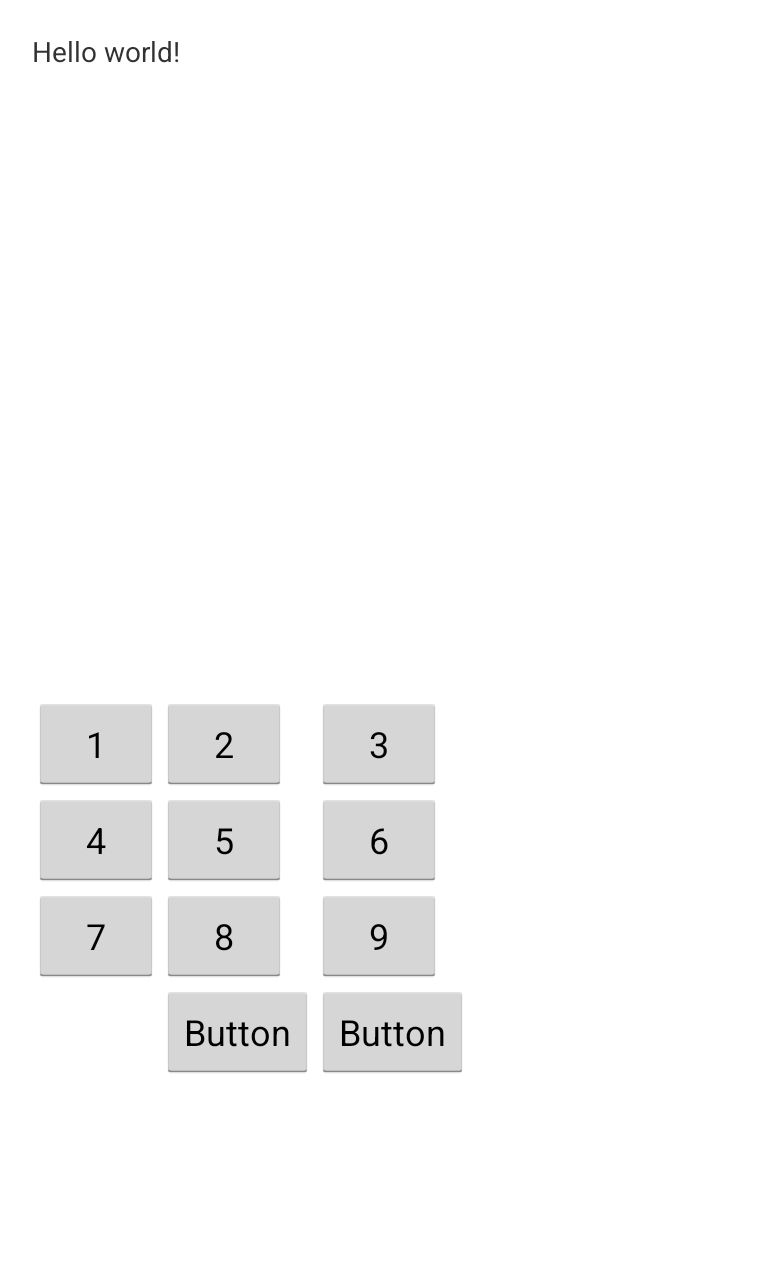
Repository: freelancer-dorian/exerciseAndroid
Layout: 05-20-UIBasic/Layout/res/layout/fragment_main.xml
These files come from the project's save history. The layout is drawn as it stood at one moment and after the next save; the edit follows.
It is drawn on a 768 x 1280 px phone screen (xhdpi) without system bars, with theme AppTheme; the app's code is not run.

Above is the layout before, as saved 2014-05-22 07:32:33.

### 05-20-UIBasic/Layout/res/layout/fragment_main.xml
<RelativeLayout xmlns:android="http://schemas.android.com/apk/res/android"
    xmlns:tools="http://schemas.android.com/tools"
    android:layout_width="match_parent"
    android:layout_height="match_parent"
    android:paddingBottom="@dimen/activity_vertical_margin"
    android:paddingLeft="@dimen/activity_horizontal_margin"
    android:paddingRight="@dimen/activity_horizontal_margin"
    android:paddingTop="@dimen/activity_vertical_margin"
    tools:context="com.dorian.layout.MainActivity$PlaceholderFragment" >

    <TextView
        android:id="@+id/textView1"
        android:layout_width="wrap_content"
        android:layout_height="wrap_content"
        android:text="@string/hello_world" />

    <GridLayout
        android:id="@+id/gridLayout1"
        android:layout_width="wrap_content"
        android:layout_height="wrap_content"
        android:layout_alignLeft="@+id/textView1"
        android:layout_alignParentBottom="true"
        android:layout_marginBottom="84dp"
        android:columnCount="3"
        android:rowCount="4" >

        <Button
            android:id="@+id/Button01"
            android:text="@string/number1_buttons" />

        <Button
            android:id="@+id/Button02"
            android:text="@string/number2_buttons" />

        <Button
            android:id="@+id/Button04"
            android:layout_column="0"
            android:layout_gravity="left|top"
            android:layout_row="1"
            android:text="@string/number4_buttons" />

        <Button
            android:id="@+id/Button03"
            android:layout_column="2"
            android:layout_gravity="left|top"
            android:layout_row="0"
            android:text="@string/number3_buttons" />

        <Button
            android:id="@+id/Button07"
            android:layout_column="0"
            android:layout_gravity="left|top"
            android:layout_row="2"
            android:text="@string/number7_buttons" />

        <Button
            android:id="@+id/Button05"
            android:layout_column="1"
            android:layout_gravity="left|top"
            android:layout_row="1"
            android:text="@string/number5_buttons" />

        <Button
            android:id="@+id/Button06"
            android:layout_column="2"
            android:layout_gravity="left|top"
            android:layout_row="1"
            android:text="@string/number6_buttons" />

        <Button
            android:id="@+id/Button08"
            android:layout_column="1"
            android:layout_gravity="left|top"
            android:layout_row="2"
            android:text="@string/number8_buttons" />

        <Button
            android:id="@+id/Button09"
            android:layout_column="2"
            android:layout_gravity="left|top"
            android:layout_row="2"
            android:text="@string/number9_buttons" />

        <Button
            android:id="@+id/Button10"
            android:layout_column="2"
            android:layout_gravity="left|top"
            android:layout_row="3"
            android:text="Button" />

        <Button
            android:id="@+id/Button00"
            android:layout_column="1"
            android:layout_gravity="left|top"
            android:layout_row="3"
            android:text="Button" />
    </GridLayout>

    <LinearLayout
        android:layout_width="wrap_content"
        android:layout_height="wrap_content"
        android:layout_alignTop="@+id/gridLayout1"
        android:layout_toRightOf="@+id/gridLayout1"
        android:orientation="vertical" >
    </LinearLayout>

</RelativeLayout>

### 05-20-UIBasic/Layout/res/values/strings.xml
<?xml version="1.0" encoding="utf-8"?>
<resources>

    <string name="app_name">Layout</string>
    <string name="hello_world">Hello world!</string>
    <string name="action_settings">Settings</string>

	<string name="number0_buttons">0</string>
    <string name="number1_buttons">1</string>
    <string name="number2_buttons">2</string>
    <string name="number3_buttons">3</string>
    <string name="number4_buttons">4</string>
    <string name="number5_buttons">5</string>
    <string name="number6_buttons">6</string>
    <string name="number7_buttons">7</string>
    <string name="number8_buttons">8</string>
    <string name="number9_buttons">9</string>
    <string name="dot_buttons">.</string>

</resources>

Loaded but not shown: 05-20-UIBasic/Layout/res/values/styles.xml (common file); 05-20-UIBasic/Layout/res/values-v11/styles.xml (common file); 05-20-UIBasic/Layout/res/values-v14/styles.xml (common file); 05-20-UIBasic/Layout/res/values/dimens.xml (common file); 05-20-UIBasic/Layout/res/values-w820dp/dimens.xml (common file)

After the next save:
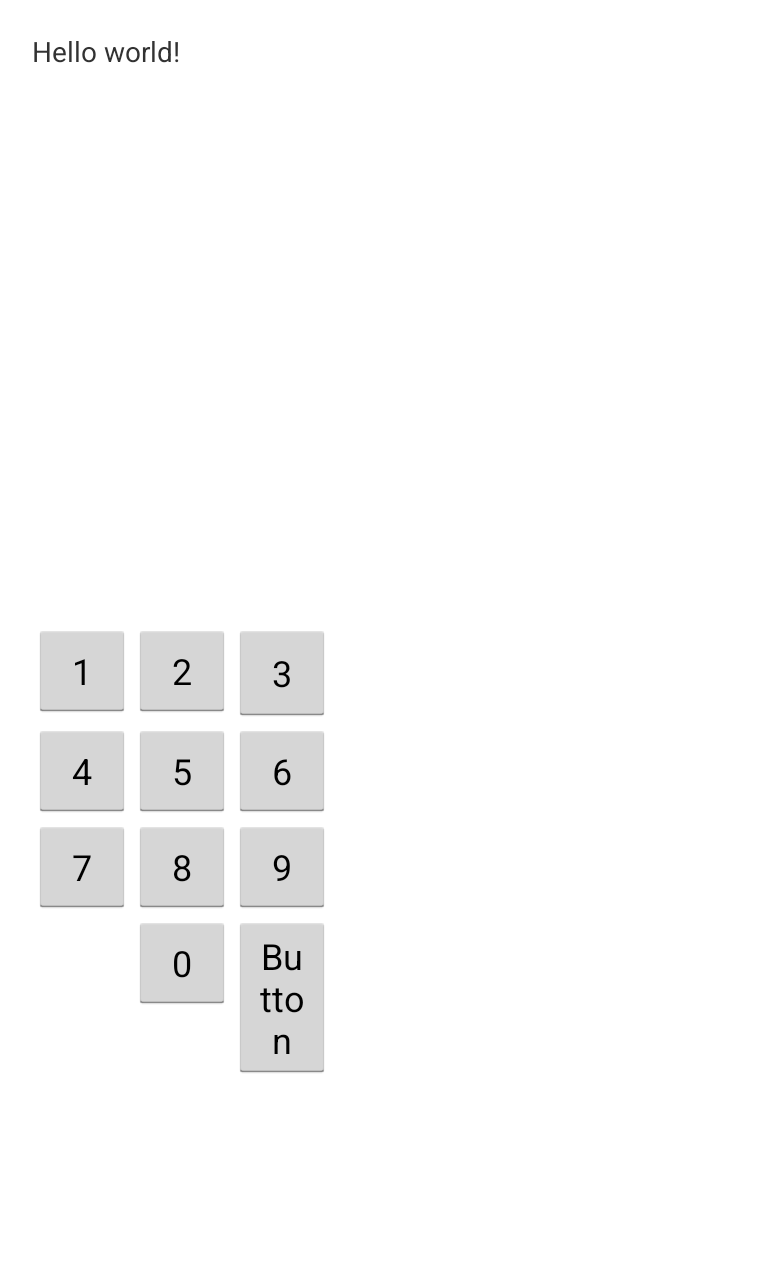
Saved 27 s later.
--- a/05-20-UIBasic/Layout/res/layout/fragment_main.xml
+++ b/05-20-UIBasic/Layout/res/layout/fragment_main.xml
@@ -26,14 +26,20 @@
 
         <Button
             android:id="@+id/Button01"
+            android:layout_width="50dp"
+            android:layout_height="match_parent"
             android:text="@string/number1_buttons" />
 
         <Button
             android:id="@+id/Button02"
+            android:layout_width="50dp"
+            android:layout_height="match_parent"
             android:text="@string/number2_buttons" />
 
         <Button
             android:id="@+id/Button04"
+            android:layout_width="50dp"
+            android:layout_height="match_parent"
             android:layout_column="0"
             android:layout_gravity="left|top"
             android:layout_row="1"
@@ -41,13 +47,19 @@
 
         <Button
             android:id="@+id/Button03"
+            android:layout_width="50dp"
+            android:layout_height="match_parent"
             android:layout_column="2"
             android:layout_gravity="left|top"
             android:layout_row="0"
-            android:text="@string/number3_buttons" />
+            android:height="50dp"
+            android:text="@string/number3_buttons"
+            android:width="50dp" />
 
         <Button
             android:id="@+id/Button07"
+            android:layout_width="50dp"
+            android:layout_height="match_parent"
             android:layout_column="0"
             android:layout_gravity="left|top"
             android:layout_row="2"
@@ -55,6 +67,8 @@
 
         <Button
             android:id="@+id/Button05"
+            android:layout_width="50dp"
+            android:layout_height="match_parent"
             android:layout_column="1"
             android:layout_gravity="left|top"
             android:layout_row="1"
@@ -62,6 +76,8 @@
 
         <Button
             android:id="@+id/Button06"
+            android:layout_width="50dp"
+            android:layout_height="match_parent"
             android:layout_column="2"
             android:layout_gravity="left|top"
             android:layout_row="1"
@@ -69,6 +85,8 @@
 
         <Button
             android:id="@+id/Button08"
+            android:layout_width="50dp"
+            android:layout_height="match_parent"
             android:layout_column="1"
             android:layout_gravity="left|top"
             android:layout_row="2"
@@ -76,6 +94,8 @@
 
         <Button
             android:id="@+id/Button09"
+            android:layout_width="50dp"
+            android:layout_height="match_parent"
             android:layout_column="2"
             android:layout_gravity="left|top"
             android:layout_row="2"
@@ -83,6 +103,8 @@
 
         <Button
             android:id="@+id/Button10"
+            android:layout_width="50dp"
+            android:layout_height="match_parent"
             android:layout_column="2"
             android:layout_gravity="left|top"
             android:layout_row="3"
@@ -90,10 +112,12 @@
 
         <Button
             android:id="@+id/Button00"
+            android:layout_width="50dp"
+            android:layout_height="match_parent"
             android:layout_column="1"
             android:layout_gravity="left|top"
             android:layout_row="3"
-            android:text="Button" />
+            android:text="@string/number0_buttons" />
     </GridLayout>
 
     <LinearLayout
